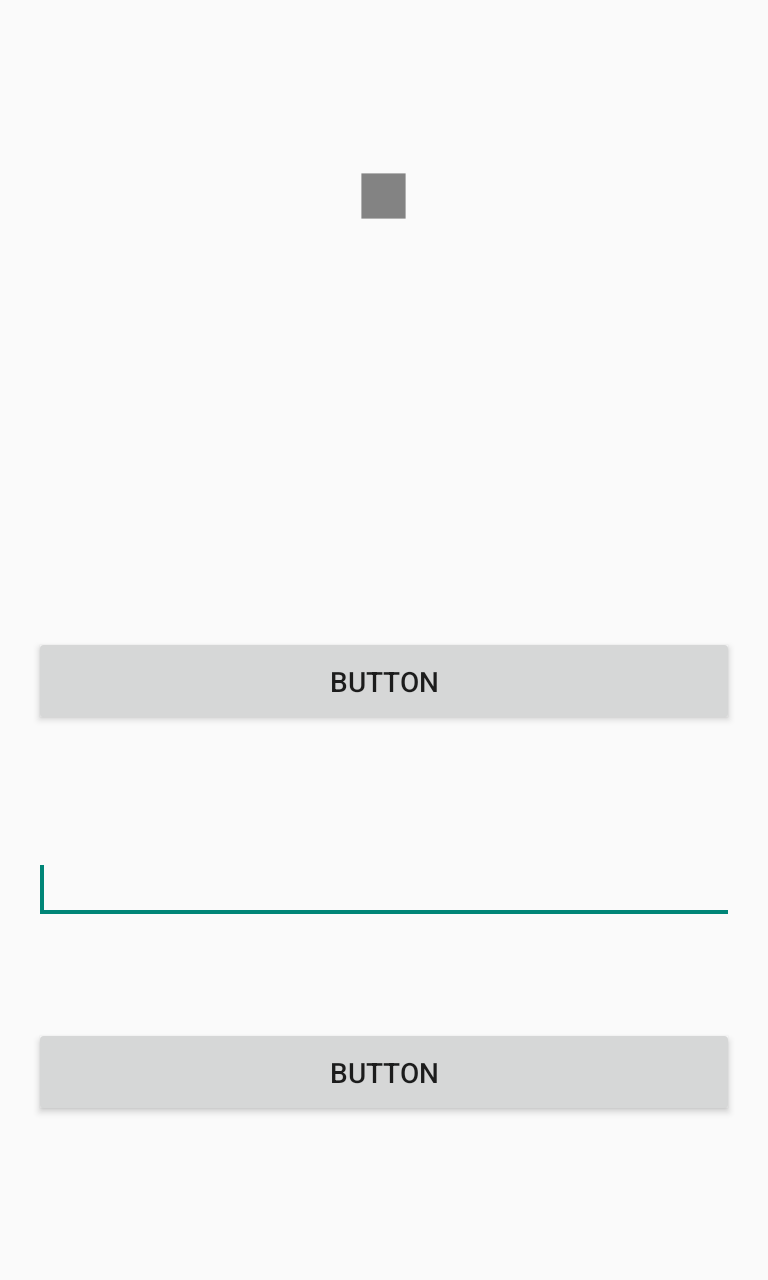
Repository: papodec/got2Go
Layout: got2Go_code/mobileDev/restroomApp/restoomsApp/res/layout/fragment_main.xml
These files come from the project's save history. The layout is drawn as it stood at one moment and after the next save; the edit follows.
It is drawn on a 768 x 1280 px phone screen (xhdpi) without system bars, with theme AppTheme; the app's code is not run.

Above is the layout before, as saved 2014-07-01 07:29:23.

### got2Go_code/mobileDev/restroomApp/restoomsApp/res/layout/fragment_main.xml
<RelativeLayout xmlns:android="http://schemas.android.com/apk/res/android"
    xmlns:tools="http://schemas.android.com/tools"
    android:layout_width="match_parent"
    android:layout_height="match_parent"
    android:gravity="top"
    android:paddingBottom="@dimen/activity_vertical_margin"
    android:paddingLeft="@dimen/activity_horizontal_margin"
    android:paddingRight="@dimen/activity_horizontal_margin"
    android:paddingTop="@dimen/activity_vertical_margin"
    tools:context="com.papodec.restoomsapp.MainActivity$PlaceholderFragment" >

    <Button
        android:id="@+id/Button01"
        android:layout_width="match_parent"
        android:layout_height="wrap_content"
        android:layout_alignLeft="@+id/editText1"
        android:layout_alignParentBottom="true"
        android:layout_marginBottom="64dp"
        android:text="Button" />

    <EditText
        android:id="@+id/editText1"
        android:layout_width="match_parent"
        android:layout_height="wrap_content"
        android:layout_above="@+id/Button01"
        android:layout_alignLeft="@+id/button1"
        android:layout_marginBottom="48dp"
        android:ems="10" >

        <requestFocus />
    </EditText>

    <Button
        android:id="@+id/button1"
        android:layout_width="match_parent"
        android:layout_height="wrap_content"
        android:layout_above="@+id/editText1"
        android:layout_centerHorizontal="true"
        android:layout_marginBottom="58dp"
        android:text="Button" />

    <ImageView
        android:id="@+id/imageView1"
        android:layout_width="wrap_content"
        android:layout_height="wrap_content"
        android:layout_alignParentTop="true"
        android:layout_centerHorizontal="true"
        android:layout_marginTop="66dp"
        android:src="@drawable/ic_action_name" />

</RelativeLayout>

Loaded but not shown: got2Go_code/mobileDev/restroomApp/restoomsApp/res/values/styles.xml (common file); got2Go_code/mobileDev/restroomApp/restoomsApp/res/values-v11/styles.xml (common file); got2Go_code/mobileDev/restroomApp/restoomsApp/res/values-v14/styles.xml (common file); got2Go_code/mobileDev/restroomApp/restoomsApp/res/values/dimens.xml (common file); got2Go_code/mobileDev/restroomApp/restoomsApp/res/values-w820dp/dimens.xml (common file)

After the next save:
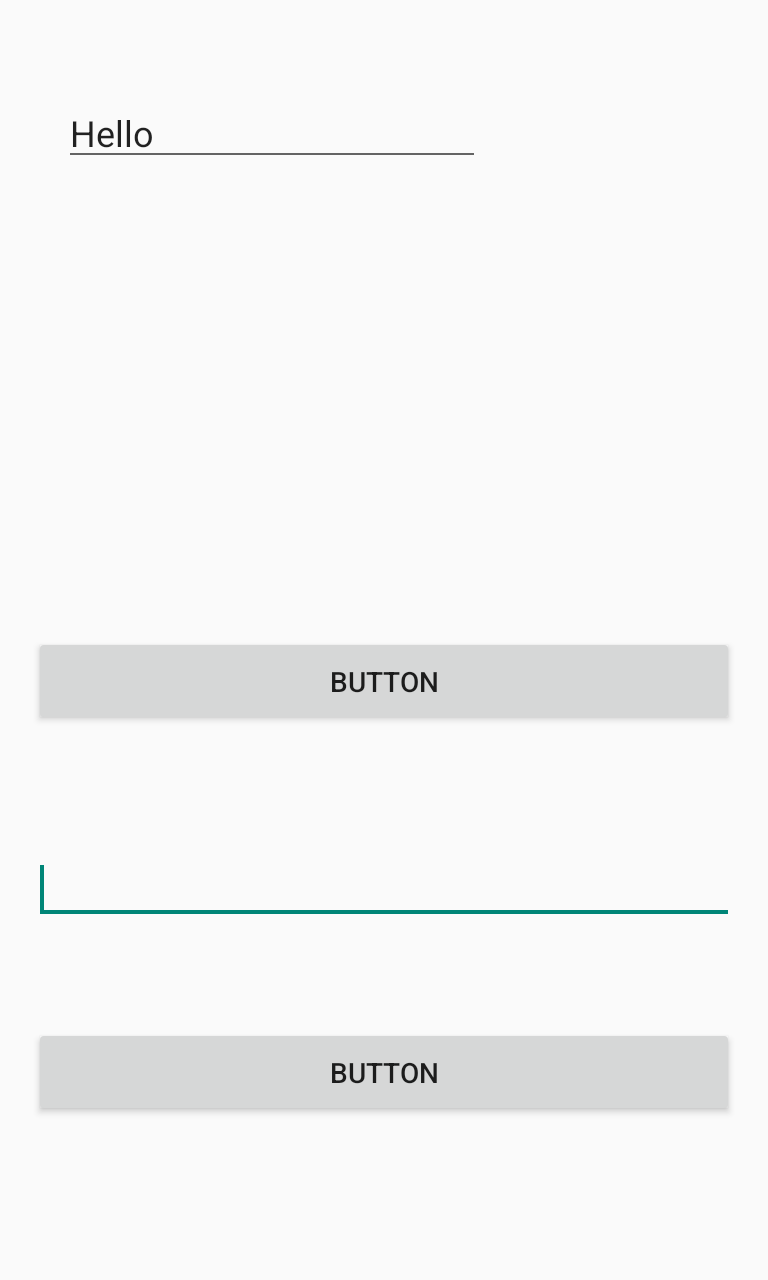
Saved 2 min 39 s later.
--- a/got2Go_code/mobileDev/restroomApp/restoomsApp/res/layout/fragment_main.xml
+++ b/got2Go_code/mobileDev/restroomApp/restoomsApp/res/layout/fragment_main.xml
@@ -39,13 +39,15 @@
         android:layout_marginBottom="58dp"
         android:text="Button" />
 
-    <ImageView
-        android:id="@+id/imageView1"
+    <EditText
+        android:id="@+id/editText2"
         android:layout_width="wrap_content"
         android:layout_height="wrap_content"
+        android:layout_alignLeft="@+id/button1"
         android:layout_alignParentTop="true"
-        android:layout_centerHorizontal="true"
-        android:layout_marginTop="66dp"
-        android:src="@drawable/ic_action_name" />
+        android:layout_marginLeft="15dp"
+        android:layout_marginTop="28dp"
+        android:ems="10"
+        android:text="Hello" />
 
 </RelativeLayout>
